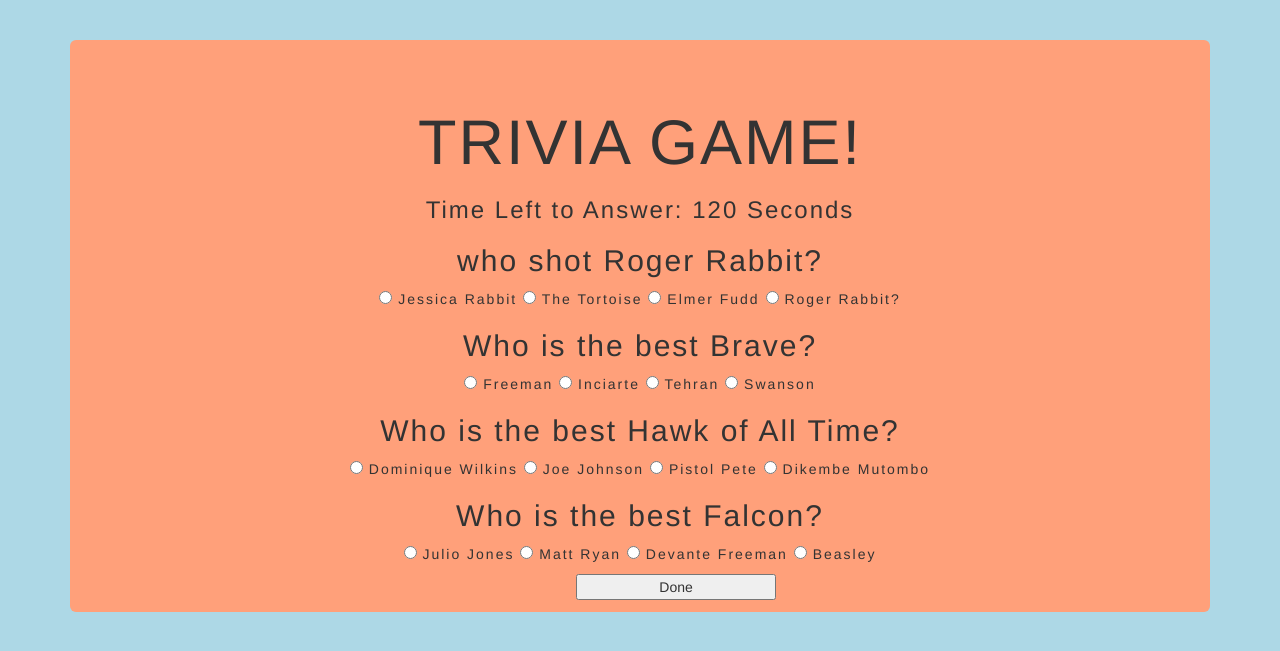
Repository: phiniezyc/TriviaGame
Page: index.html
An editor plug-in stored every save of this project. The page is shown before and after a run of saves, followed by the edit.
The browser window is 1280 px wide. The pictures show the whole page.
After loading, the first visible `#startGameButton` was clicked once.
Some web libraries are served in a nearby version.

Above is the page before, as saved 2017-09-14 01:48:45.
Console error: TypeError: "#timeLeft".html is not a function

### index.html
<!DOCTYPE html>
<html lang="">
<head>
    <meta charset="utf-8">
    <meta name="viewport" content="width=device-width, initial-scale=1.0">
    <title>Quiz Game</title>
    <link rel="stylesheet" href="https://maxcdn.bootstrapcdn.com/bootstrap/3.3.7/css/bootstrap.min.css">
    <link rel="stylesheet" href="assets/css/style.css">
</head>

<body>

<div class="container">
<div class="row">

</div>
</div>
<div class="container">
    <div class="jumbotron">
        <div>
            <h1 id="gameHeading">TRIVIA GAME!</h1>
        </div>
        <div id="questionSection">
            <button id="startGameButton">Start Game</button>
        </div>
    </div>
</div>



<script src="https://ajax.googleapis.com/ajax/libs/jquery/3.2.1/jquery.min.js"></script>
<script src="assets/javascript/app.js"></script>
</body>
</html>

### assets/css/style.css
body {
    background-color: lightblue;
}



button {
    /*margin-left: 45%;*/
    /*text-align: center;*/
    width: 200px;
    position: absolute;
    left: 45%;
}


.jumbotron {
    background-color: lightsalmon;
    margin-top: 40px;
    text-align: center;
    letter-spacing: 2px;
}

#gameHeading {
    text-align: center;
}


#doneButton {
    margin-top: 10px;
}

/*
.!*answerSections {

    height: 100px;
    border-style: solid;
    border-width: 5px;
    text-align: center;
    font-size: 35px;
    width: 75%;
    margin: 0 auto;
    padding-top: 15px;
} *!*/

### assets/javascript/app.js

$("#startGameButton").on("click", function () {
    trivaScoring.startTimer();
    /* $("#startGameButton").remove();
    for (var i = 0; i < questions.length; i++) {
        $("#questionSection").append("<h2>" + questions[i].question + "</h2>");
        for (var j = 0; j < questions[i].answers.length; j++) {
            $("#questionSection").append("<input type = 'radio' name= 'questionsToAsk" + i + " 'value' " + questions[i].answers[j] + "'>" + questions[i].answers[j])
        }
    }
    $("#questionSection").after("<button value = 'hello' id = 'doneButton'> Done"); */
});

var questions = [{
    question: " who shot Roger Rabbit? ",
    answers: [" Jessica Rabbit ", " The Tortoise ", " Elmer Fudd ", " Roger Rabbit? "],
    correctAnswer: " Jessica Rabbit "
}, {
    question: " Who is the best Brave? ",
    answers: [" Freeman ", " Inciarte ", " Tehran ", " Swanson "],
    correctAnswer: "Freeman"
}, {
    question: " Who is the best Hawk of All Time? ",
    answers: [" Dominique Wilkins ", " Joe Johnson ", " Pistol Pete ", " Dikembe Mutombo "],
    correctAnswer: " Dominique Wilkins "
}, {
    question: " Who is the best Falcon? ",
    answers: [" Julio Jones ", " Matt Ryan ", " Devante Freeman ", " Beasley "],
    correctAnswer: " Julio Jones "
}];


var trivaScoring = {
    correct: 0,
    incorrect: 0,
    counter: 60,
    timeLeft: function() {
        trivaScoring.counter--;
        ("#timeLeft").html(trivaScoring.counter);
        if (trivaScoring.counter === 0) {
            console.log("You're done!");
            trivaScoring.over();
        }
    },
    startTimer: function() {
        timer = setInterval(trivaScoring.timeLeft, 1000);
        $("#questionSection").prepend("<h3>Time Left to Answer: <span id = 'timeLeft'> 120 </span> Seconds </h3>");
        $("#startGameButton").remove();
        for (var i = 0; i < questions.length; i++) {
            $("#questionSection").append("<h2>" + questions[i].question + "</h2>");
            for (var j = 0; j < questions[i].answers.length; j++) {
                $("#questionSection").append("<input type = 'radio' name= 'questionsToAsk" + i + " 'value' " + questions[i].answers[j] + "'>" + questions[i].answers[j])
            }
        }
        $("#questionSection").after("<button value = 'hello' id = 'doneButton'> Done");
    }


}

After the next 2 saves:
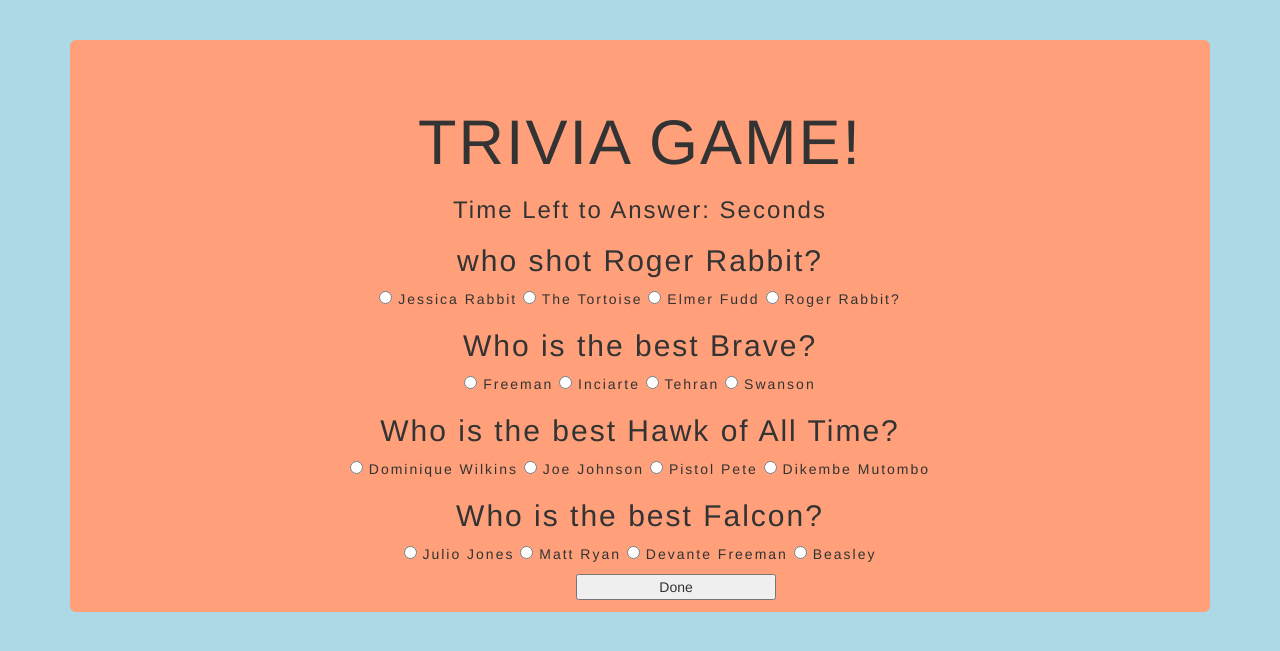
The 2 saves are shown as one change because they came seconds apart.
The last was saved 89 s later.
--- a/assets/javascript/app.js
+++ b/assets/javascript/app.js
@@ -44,7 +44,7 @@
     },
     startTimer: function() {
         timer = setInterval(trivaScoring.timeLeft, 1000);
-        $("#questionSection").prepend("<h3>Time Left to Answer: <span id = 'timeLeft'> 120 </span> Seconds </h3>");
+        $("#questionSection").prepend("<h3>Time Left to Answer: <span id = 'timeLeft'>  </span> Seconds </h3>");
         $("#startGameButton").remove();
         for (var i = 0; i < questions.length; i++) {
             $("#questionSection").append("<h2>" + questions[i].question + "</h2>");
